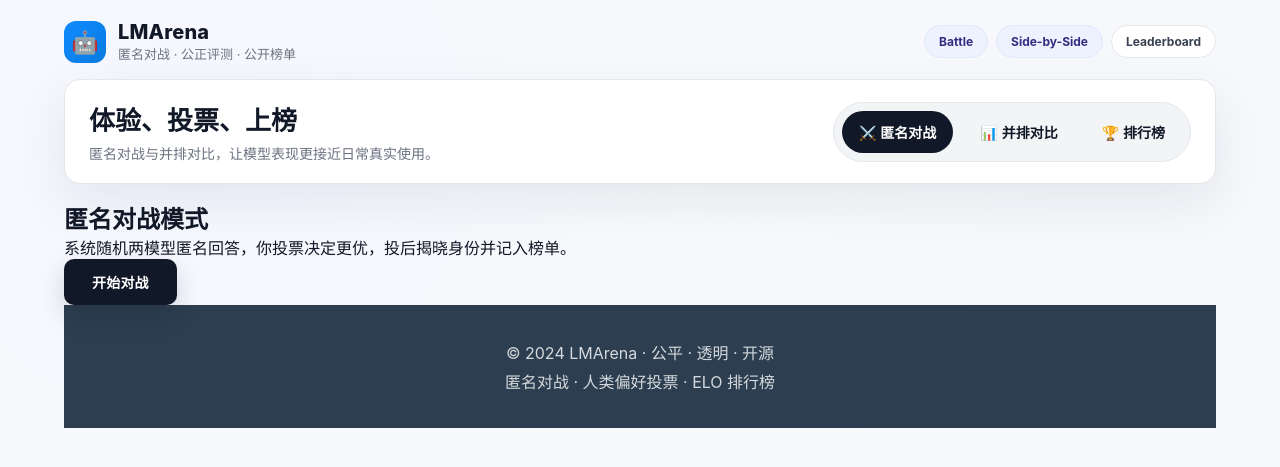
Repository: tabbycat7/EQ-of-The-LLMs
Page: templates/index.html
The author's editor kept a copy of each file at every save. The page is drawn from the files as they stood at one save, then again after the next save.
The browser window is 1280 px wide. The pictures show the whole page.

Above is the page before, as saved 2025-12-15 21:17:42.

After the next save:
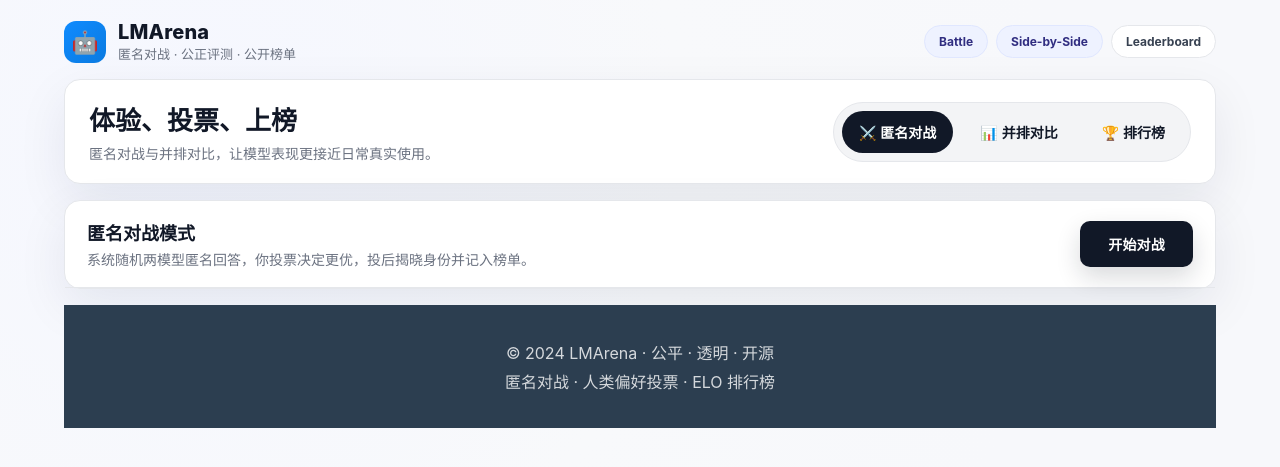
Saved 7 s later.
--- a/static/css/style.css
+++ b/static/css/style.css
@@ -201,9 +201,40 @@
 }
 
 /* 开始区域 */
+/* 卡片与分区 */
+.panel {
+    background: var(--panel);
+    border: 1px solid var(--border);
+    border-radius: 16px;
+    box-shadow: var(--shadow);
+    margin-bottom: 16px;
+}
+
+.panel-header {
+    padding: 18px 22px;
+    border-bottom: 1px solid var(--border);
+    display: flex;
+    justify-content: space-between;
+    align-items: center;
+    gap: 12px;
+}
+
+.panel-header h2 {
+    font-size: 18px;
+    margin-bottom: 4px;
+}
+
+.panel-header p {
+    color: var(--muted);
+    font-size: 14px;
+}
+
+.panel-body {
+    padding: 20px 22px 22px;
+}
+
 .start-section {
     text-align: center;
-    padding: 48px 20px;
 }
 
 /* 聊天容器 */
